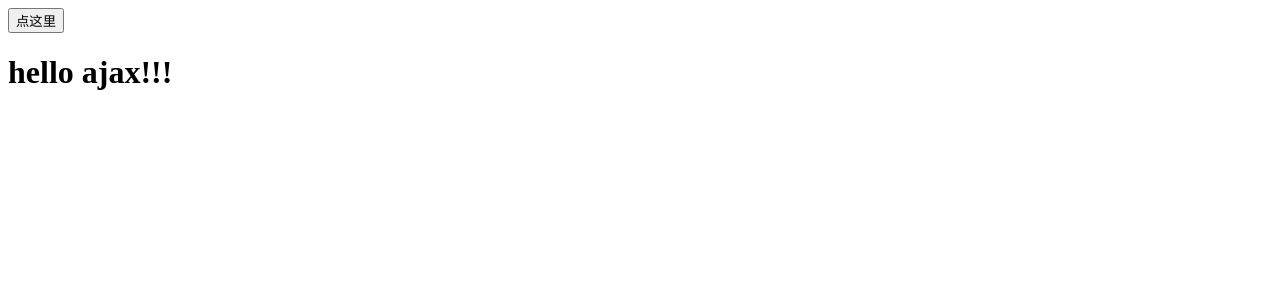
Repository: EthanZmr/myCode
Page: http://localhost/ajax/post_ajax.jsp
These files come from the project's save history. The page is drawn as it stood at one moment and after the next save; the edit follows.
The browser window is 1280 px wide. The pictures show the whole page.
After loading, the first visible `#btn` was clicked once.
The page is served by Tomcat 9.

Above is the page before, as saved 2018-12-21 12:37:09.

After the next save:
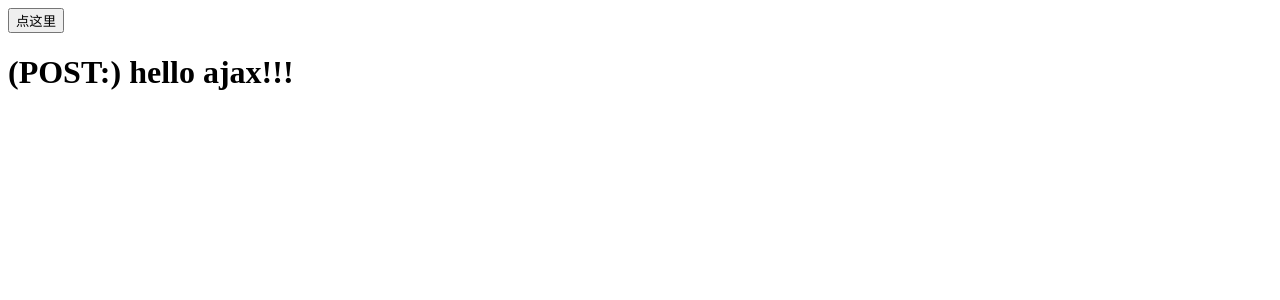
Saved 50 s later.
--- a/ajax/WebContent/post_ajax.jsp
+++ b/ajax/WebContent/post_ajax.jsp
@@ -17,9 +17,9 @@
 
 			var xmlHttp = createXmlHttpRequest();
 
-			xmlHttp.open("GET","/ajax/AjaxServlet",true);
+			xmlHttp.open("POST","/ajax/AjaxServlet",true);
 
-			xmlHttp.send(null);
+			xmlHttp.send("");
 
 			xmlHttp.onreadystatechange = function(){
 				if(xmlHttp.readyState == 4 && xmlHttp.status == 200){
